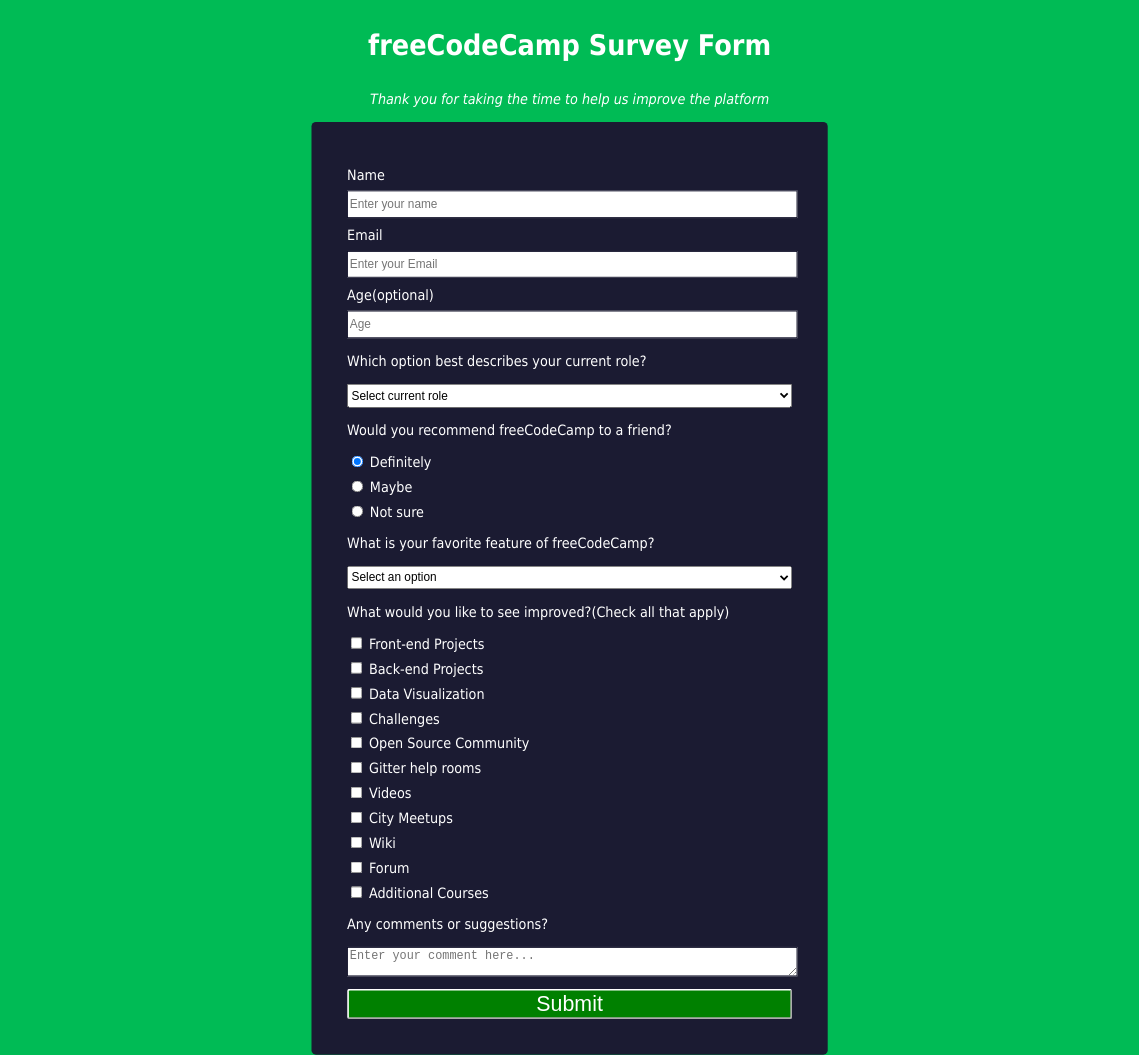
Repository: Lungdjos/survey_form_certification
Page: index.html
An editor plug-in stored every save of this project. The page is shown before and after the next save, followed by the edit.
The browser window is 1280 px wide. The pictures show the whole page, at 89% of full size.

Above is the page before, as saved 2023-10-10 14:24:28.

After the next save:
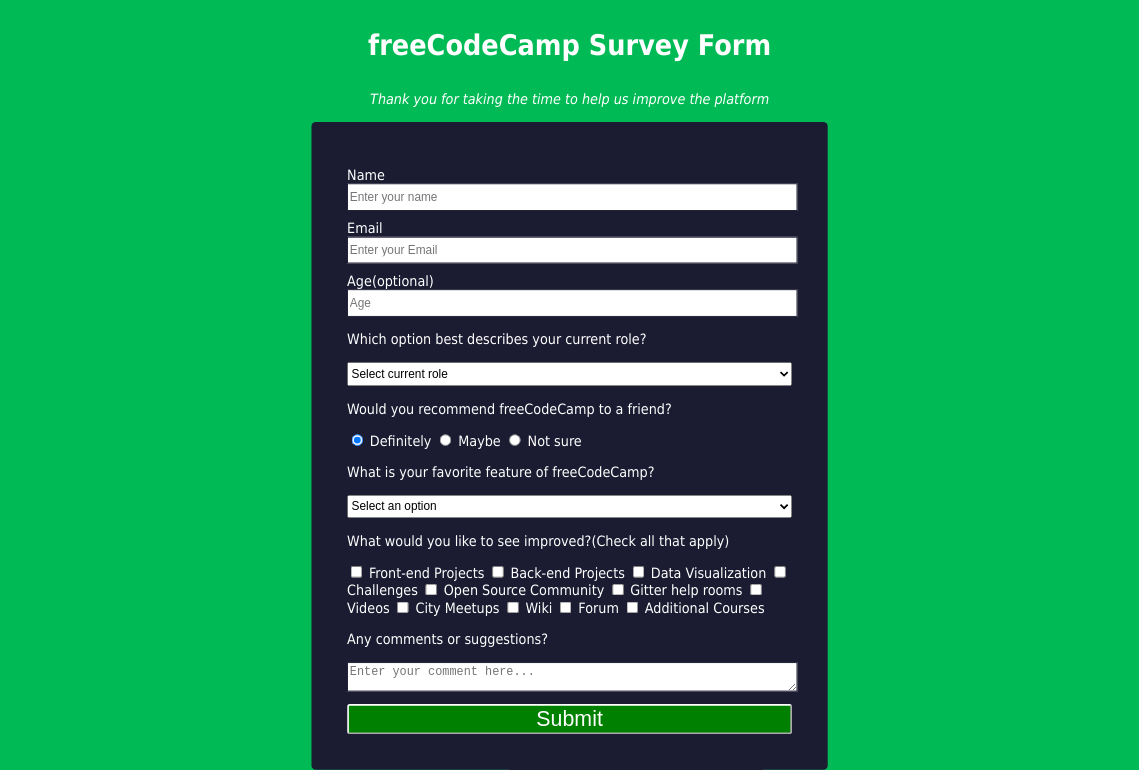
Saved 5 s later.
--- a/styles.css
+++ b/styles.css
@@ -12,11 +12,6 @@
     font-size: 16px;
     font-family: Tahoma;
     background-color: #0b5;
-}
-
-label {
-    display: block;
-    margin: .5rem 0;
 }
 
 fieldset {
